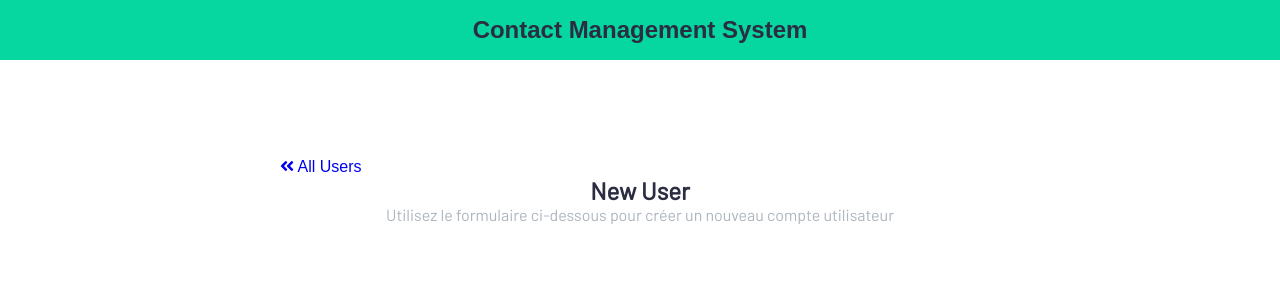
Repository: mohamed-makrani/Global_Development_Service_DBMS
Page: DBMS/views/add_user.html
The author's editor kept a copy of each file at every save. The page is drawn from the files as they stood at one save, then again after the next save.
The browser window is 1280 px wide. The pictures show the whole page.
Some web fonts or font styles are not loaded; a fallback is used.

Above is the page before, as saved 2024-04-22 18:35:55.

After the next save:
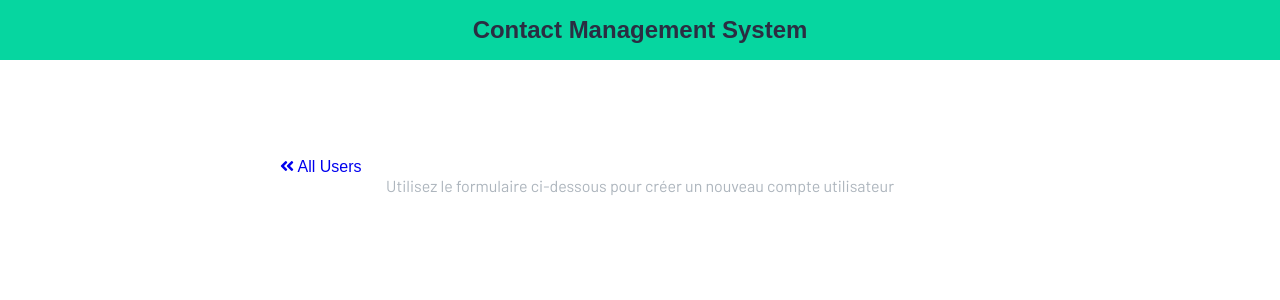
Saved 7 s later.
--- a/DBMS/views/add_user.html
+++ b/DBMS/views/add_user.html
@@ -32,7 +32,7 @@
                 </div>
 
                 <div class="form-title text-center">
-                    <h2 class="text-dark">New User</h2>
+                    <h2 class="text-dark"></h2>
                     <span class="text-light">Utilisez le formulaire ci-dessous pour créer un nouveau compte utilisateur</span>
                 </div>
 
